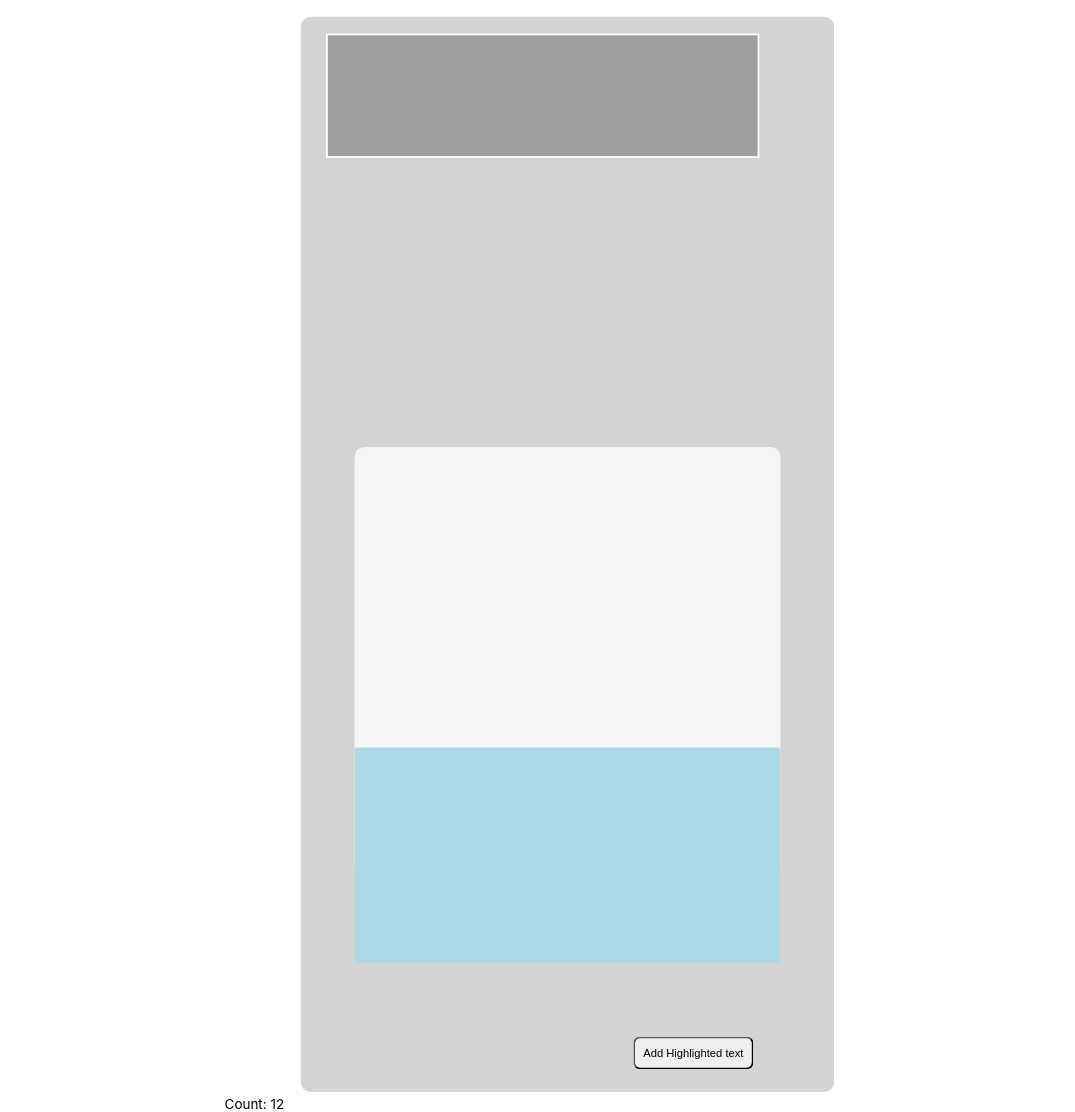
Repository: Farbod29/React-text-highlighter-with-hook-
Page: /
The author's editor kept a copy of each file at every save. The page is drawn from the files as they stood at one save, then again after a run of saves.
The browser window is 1280 px wide. The pictures show the whole page, at 84% of full size.
Pictures or frames that could not be fetched are drawn as grey boxes. The project was rebuilt for these pictures with package versions that can differ from the ones it lists, and the page was loaded fresh each time.

Above is the page before, as saved 2022-02-18 23:11:48.

### src/App.js
import './App.css';
import Highlighter from './highlighter';
function App() {
  return (
    <div className="App">
      <Highlighter />
    </div>
  );
}

export default App;

### src/highlighter.js
import React, { useEffect, useState } from 'react';

export default function Highlighter() {
  let doit = () => {
    document.onmouseup = () => {
      console.log(window.getSelection().toString());
    };
  };
  const [count, setCount] = useState(12);
  return (
    <>
      Count: {count}
      {/* <button onClick={() => setCount((prevCount) => prevCount - 1)}>-</button> */}
      <div
        style={{
          padding: '0px 10px',
          height: '100vw',
          width: '48vw',
          margin: '20px',
          borderRadius: '12px',
          backgroundColor: '#D3D3D3',
          inline: true,
          fontColor: 'red',
          display: 'inline-block',
          textAlign: 'center',
          position: 'relative',
        }}
      >
        <img
          style={{
            height: '20vh',
            width: '40vw',
            position: 'absolute',
            border: '2px solid',
            borderColor: '#ffff',
            left: 30,
            top: 20,
          }}
          src="https://pfrias.couragecompanion.eu/storage/m/_v2/213604778138275840/4f8b684e5-e9314a/vlyvkRQwb3ew/u8hVvH5l5IFvha9MQyXCzPOYLo2SXG3bqIpv6vBg.png"
        ></img>
        <div
          style={{
            // textBox1
            padding: '0px 10px',
            backgroundColor: '#F5F5F5',
            height: '40vw',
            width: '38vw',
            left: '5vw',
            top: '40vw',
            borderRadius: '12px',
            position: 'absolute',
          }}
        />
        <div
          style={{
            // textBox
            padding: '0px 10px',
            backgroundColor: '#ADD8E6',
            height: '20vw',
            width: '38vw',
            left: '5vw',
            top: '68vw',
            borderRadius: '3px',
            position: 'absolute',
          }}
        />
        <div // parent of button
          style={{
            top: '500',
            position: 'absolute',
            bottom: '1vw',
            left: '25vw',
            right: '2vw',
            width: '23vw',
            height: '53px',
          }}
        >
          <button
            style={{ padding: '10px', borderRadius: '8px' }}
            onClick={() => setCount(12)}
          >
            {' '}
            Add Highlighted text{' '}
          </button>
        </div>
      </div>
      {doit()}
    </>
  );
}

Loaded but not shown: public/index.html (common file); src/index.js (common file); src/index.css (common file); src/reportWebVitals.js (common file); src/App.css (common file)

After the next 6 saves:
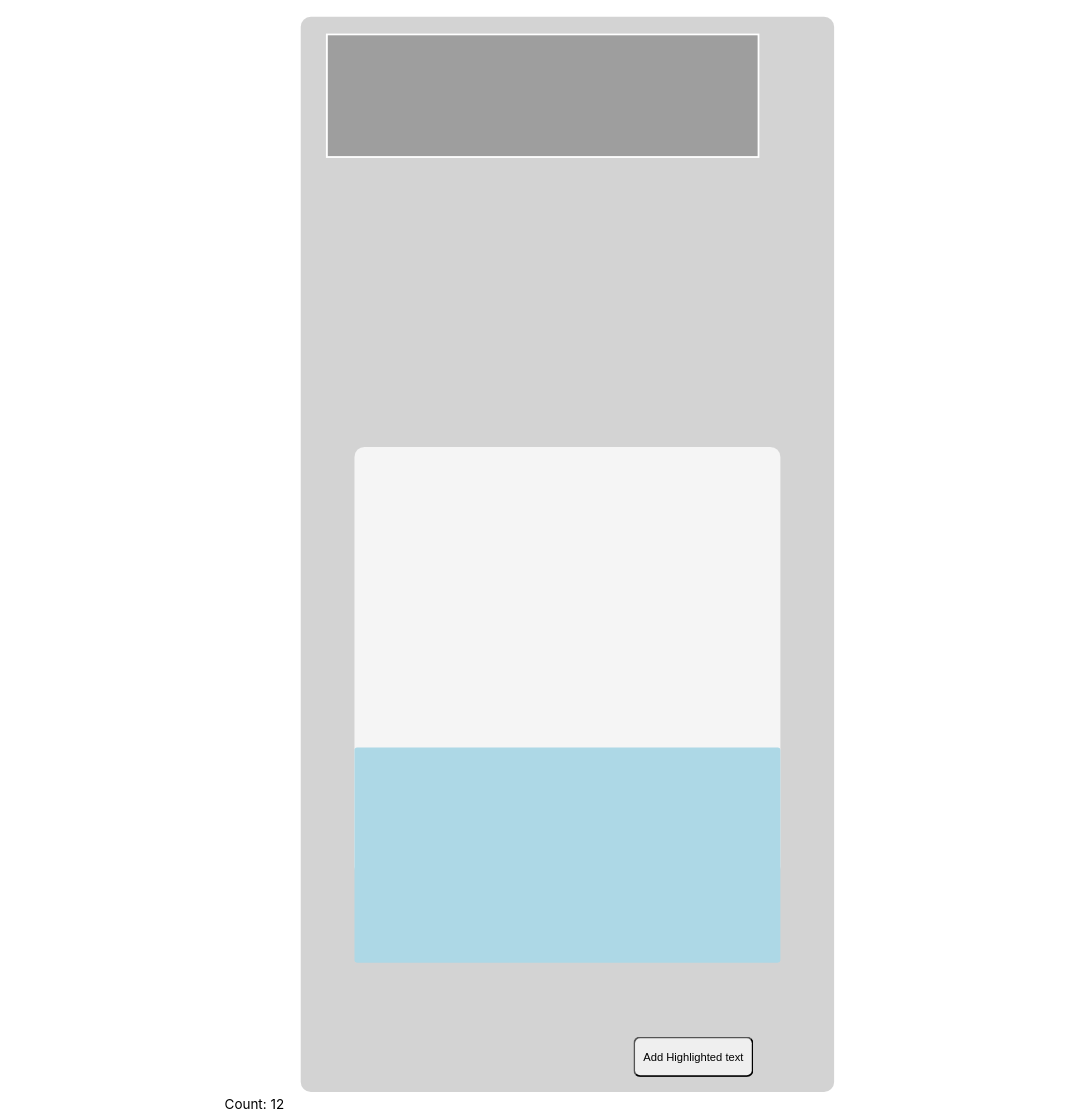
The 6 saves are shown as one change because they came seconds apart.
The last was saved 27 s later.
--- a/src/highlighter.js
+++ b/src/highlighter.js
@@ -76,7 +76,7 @@ export default function Highlighter() {
           }}
         >
           <button
-            style={{ padding: '10px', borderRadius: '8px' }}
+            style={{ padding: '10px', borderRadius: '8px', height: '48px' }}
             onClick={() => setCount(12)}
           >
             {' '}
